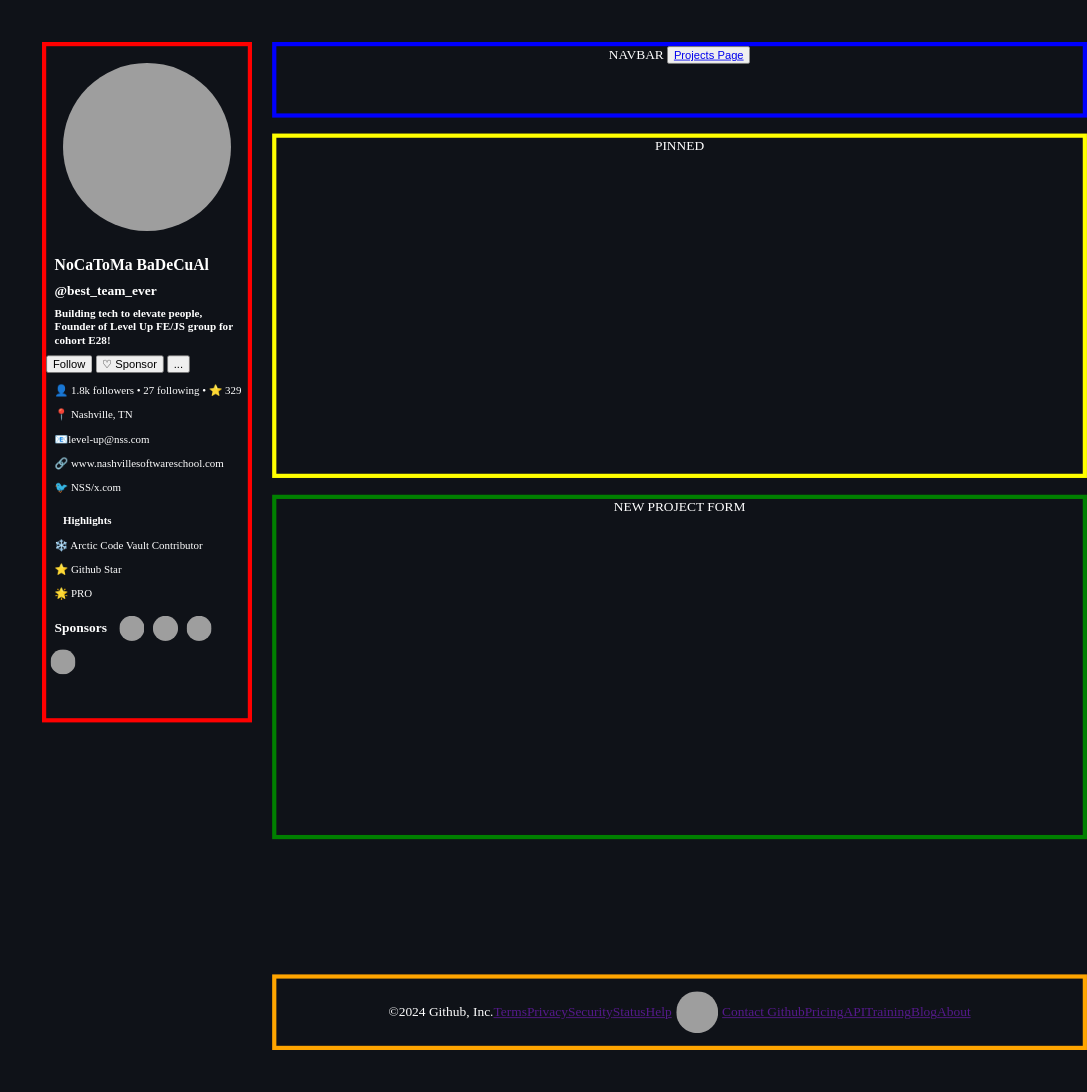
Repository: nss-evening-cohort-28/nss-evening-cohort-28-classroom-gitsub-Q1-project-gitsub
Page: index.html
An editor plug-in stored every save of this project. The page is shown before and after the next save, followed by the edit.
The browser window is 1280 px wide. The page is 1294 px wide, so the pictures cover 1294 px, including what lies to the right of the window. The pictures show the whole page, at 84% of full size.
Pictures or frames that could not be fetched are drawn as grey boxes.

Above is the page before, as saved 2024-08-07 22:12:10.

### index.html
<!DOCTYPE html>
<html lang="en">
<head>
    <meta charset="UTF-8">
    <meta name="viewport" content="width=device-width, initial-scale=1.0">
    <link rel="stylesheet" href="main.css">
    <title>Document</title>
</head>
<body>
    <div class="flexContainer">
        <div class="profile">
          <div class="top-section">
            <img src="https://media.tenor.com/GliBTZeL1kQAAAAM/%D0%BC%D0%BE%D0%B9-%D0%B4%D0%B5%D0%B4.gif" class="card-img-top" >
            <div class="profile-info">
            <h3>NoCaToMa BaDeCuAl</h3>
            <h4>@best_team_ever</h4>
            <h5>Building tech to elevate people, Founder of Level Up FE/JS group for cohort E28!</h5>
            </div>
            <div class="profile-section-buttons">
              <div class="d-grid gap-2 d-md-block">
                <button class="btn btn-primary" type="button">Follow</button>
                <button class="btn btn-primary" type="button">♡ Sponsor</button>
                <button class="btn btn-primary" type="button">...</button>
              </div>
            </div>
            <div class="profile-body">
              <p>👤 1.8k followers • 27 following • ⭐️ 329</p>
              <p>📍 Nashville, TN</p>
              <p>📧level-up@nss.com</p>
              <p>🔗 www.nashvillesoftwareschool.com</p>
              <p>🐦 NSS/x.com</p>
            </div>
          </div>
          <div class="middle-section">
            <h4>Highlights</h4>
            <p>❄️ Arctic Code Vault Contributor</p>
            <p>⭐️ Github Star</p>
            <p>🌟 PRO</p>
          </div>
          <div class="bottom-section">
            <h4>Sponsors</h4>
            <br>
            <img src="https://avatars.githubusercontent.com/u/31261276?s=100&v=4" class="sponsor-pic">
            <img src="https://avatars.githubusercontent.com/u/137121714?s=100&v=4" class="sponsor-pic">
            <img src="https://avatars.githubusercontent.com/u/173638175?s=100&v=4" class="sponsor-pic">
            <img src="https://avatars.githubusercontent.com/u/107224963?s=100&v=4" class="sponsor-pic">
          </div>
        </div>
        <div class="flexContainer">
            <div class="navBar">NAVBAR
              <button><a href="projects.html">
                Projects Page
              </a></button>
            </div>
            <div class="pinned">PINNED</div>
            <div class="newProject">NEW PROJECT FORM</div>
            <div class="footer">
              <div class="footer-links">
                <p>©2024 Github, Inc.</p>
                <a id="footer-tag" href="">Terms</a>
                <a id="footer-tag" href="">Privacy</a>
                <a id="footer-tag" href="">Security</a>
                <a id="footer-tag" href="">Status</a>
                <a id="footer-tag" href="">Help</a>
                <img src="https://cdn-icons-png.flaticon.com/256/889/889111.png" class="footer-pic">
                <a id="footer-tag" href="">Contact Github</a>
                <a id="footer-tag" href="">Pricing</a>
                <a id="footer-tag" href="">API</a>
                <a id="footer-tag" href="">Training</a>
                <a id="footer-tag" href="">Blog</a>
                <a id="footer-tag" href="">About</a>
              </div>
            </div>
        </div>
    </div>
    <script src="main.js"></script>
</body>
</html>

### main.css
body {
    background-color: #0F1218;
    text-align: center;
    margin: 50px;
    width: 1200px;
    color: white;
}

.flexContainer {
    display: flex;
    flex-wrap: wrap;
    flex-direction: column;
    max-width: 75rem;
    height: 75rem;
    gap: 2%;
}

.profile {
    border: 5px solid red;
    width: 15rem;
    height: 50rem;
    text-align: left;

}

.navBar {
    border: 5px solid blue;
    width: 60rem;
    height: 5rem;
}

.pinned {
    border: 5px solid yellow;
    width: 60rem;
    height: 25rem;
    margin-top: 2%;
}

.newProject {
    border: 5px solid green;
    width: 60rem;
    height: 25rem;
    margin-top: 2%;
}

.footer {
    border: 5px solid orange;
    width: 60rem;
    height: 5rem;
    margin-top: auto;
    align-self: flex-end;
}

#footerContainer {
    display: flex;
    align-self: flex-end;

}

/* Noah Styling: Profile Section Start*/
h3, h4, h5 {
    margin: 10px;
}

.top-section {
    display: flex;
    flex-wrap: wrap;
    justify-content: flex-start;
    margin: 0px;
}

.card-img-top {
    display: flex;
    flex-wrap: wrap;
    justify-content: space-around;
    border-radius: 50%;
    height: 200px;
    width: 200px;
    margin: 20px;
  }

  .bottom-section {
    display: flex;
    flex-wrap: wrap;
    align-content: end;

  }
  .sponsor-pic {
    border-radius: 50%;
    height: 30px;
    width: 30px;
    margin: 5px;
  }

  .profile-body {
    font-size: small;
    margin: 0px 0px 0px 10px;
    padding: 0px;
  }

  .middle-section {
    font-size: small;
    margin-left: 10px;
  }
/* Noah Styling: Profile Section End */

/* Noah Styling: Footer Section Start */

.footer {
    display: flex;
    flex-wrap: wrap;
    flex-direction: row;
    justify-content: space-evenly;
    gap: auto;
}

.footer-pic {
    display: flex;
    flex-wrap: wrap;
    flex-direction: row;
    justify-content: space-evenly;
    border-radius: 50%;
    height: 50px;
    width: 50px;
    margin: 5px;
  }
  .footer-links {
    display: flex;
    flex-wrap: wrap;
    flex-direction: row;
    align-items: center;
    justify-content: space-between;
    gap: auto;

  }


/* Noah Styling: Footer Section Start */

Loaded but not shown: main.js (no copy from this time; the picture is the same without it)

After the next save:
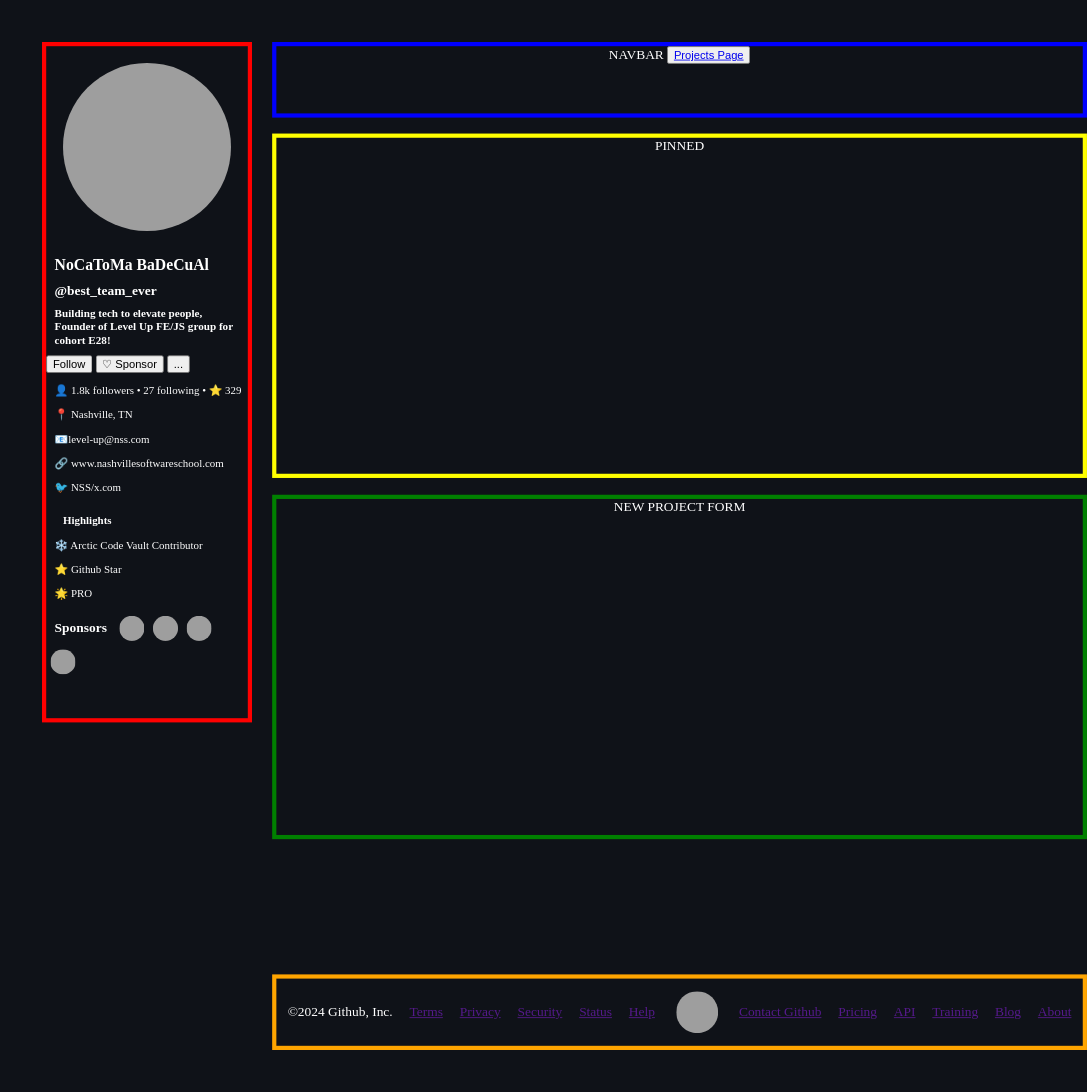
Saved 7 s later.
--- a/main.css
+++ b/main.css
@@ -130,7 +130,7 @@
     flex-direction: row;
     align-items: center;
     justify-content: space-between;
-    gap: auto;
+    gap: 20px;
 
   }
 
